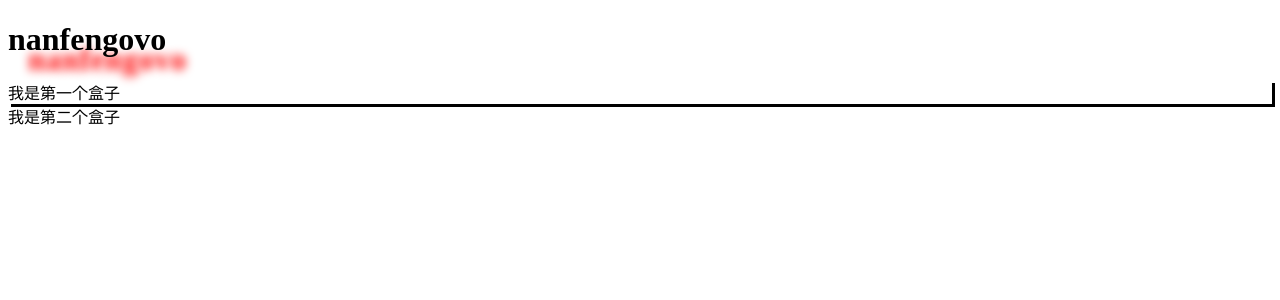
Repository: nanfengovo/CSS
Page: shadow.html
The author's editor kept a copy of each file at every save. The page is drawn from the files as they stood at one save, then again after the next save.
The browser window is 1280 px wide. The pictures show the whole page.

Above is the page before, as saved 2025-01-01 09:55:07.

After the next save:
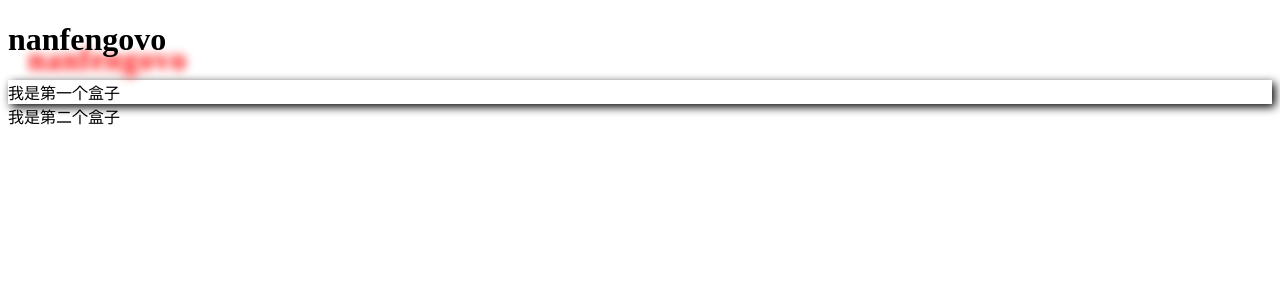
Saved 7 s later.
--- a/shadow.html
+++ b/shadow.html
@@ -9,7 +9,7 @@
             text-shadow: 20px 20px 10px  red;/*水平阴影 垂直阴影 模糊距离 阴影颜色*/
         }
         #div_1{
-            box-shadow: 3px 3px ;
+            box-shadow: 3px 3px 10px ;
         }
     </style>
 </head>
